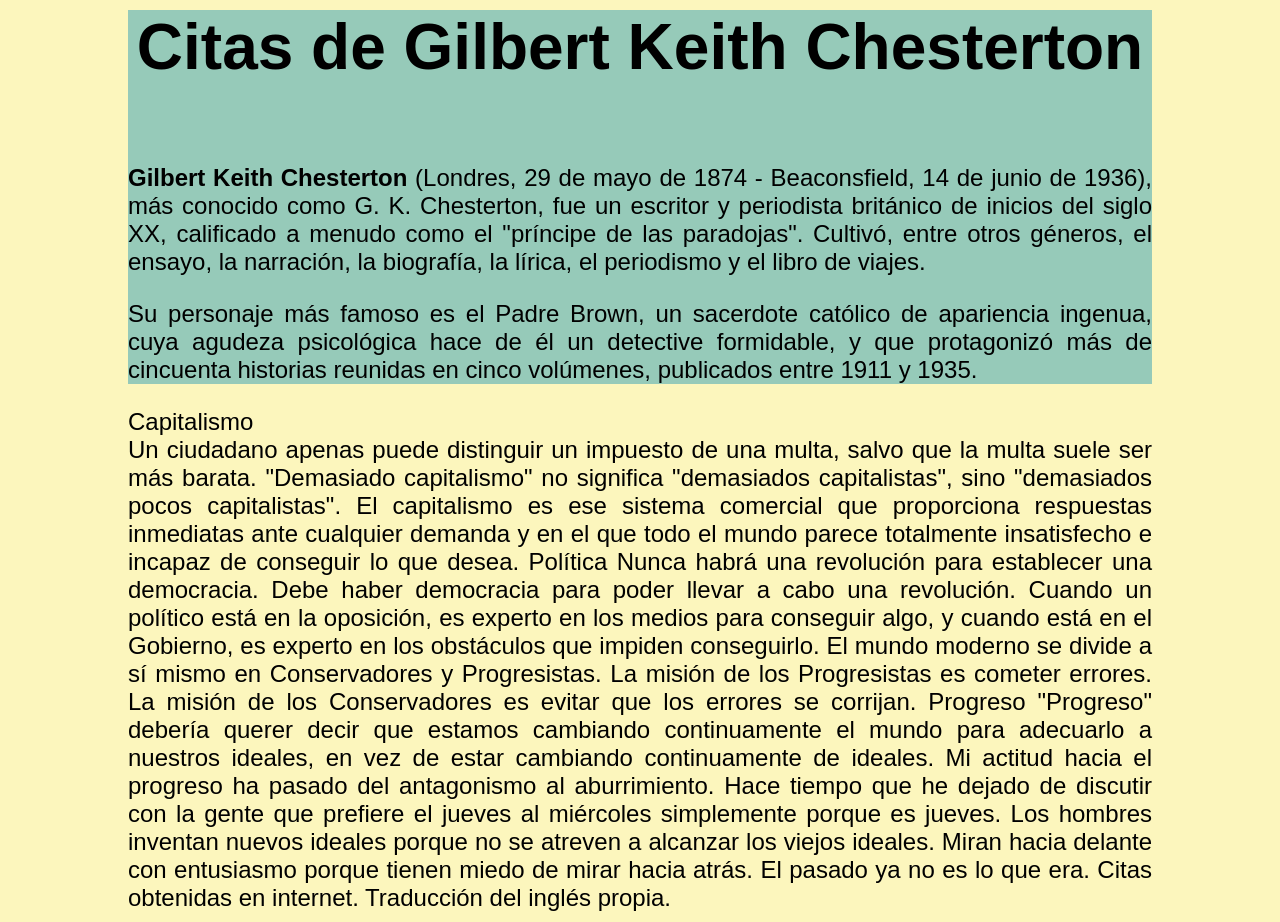
Repository: EmilyMachuca-Developer/Advanced-Programming-Projects
Page: index.html
An editor plug-in stored every save of this project. The page is shown before and after a run of saves, followed by the edit.
The browser window is 1280 px wide. The pictures show the whole page.

Above is the page before, as saved 2024-02-26 20:25:55.

After the next 3 saves:
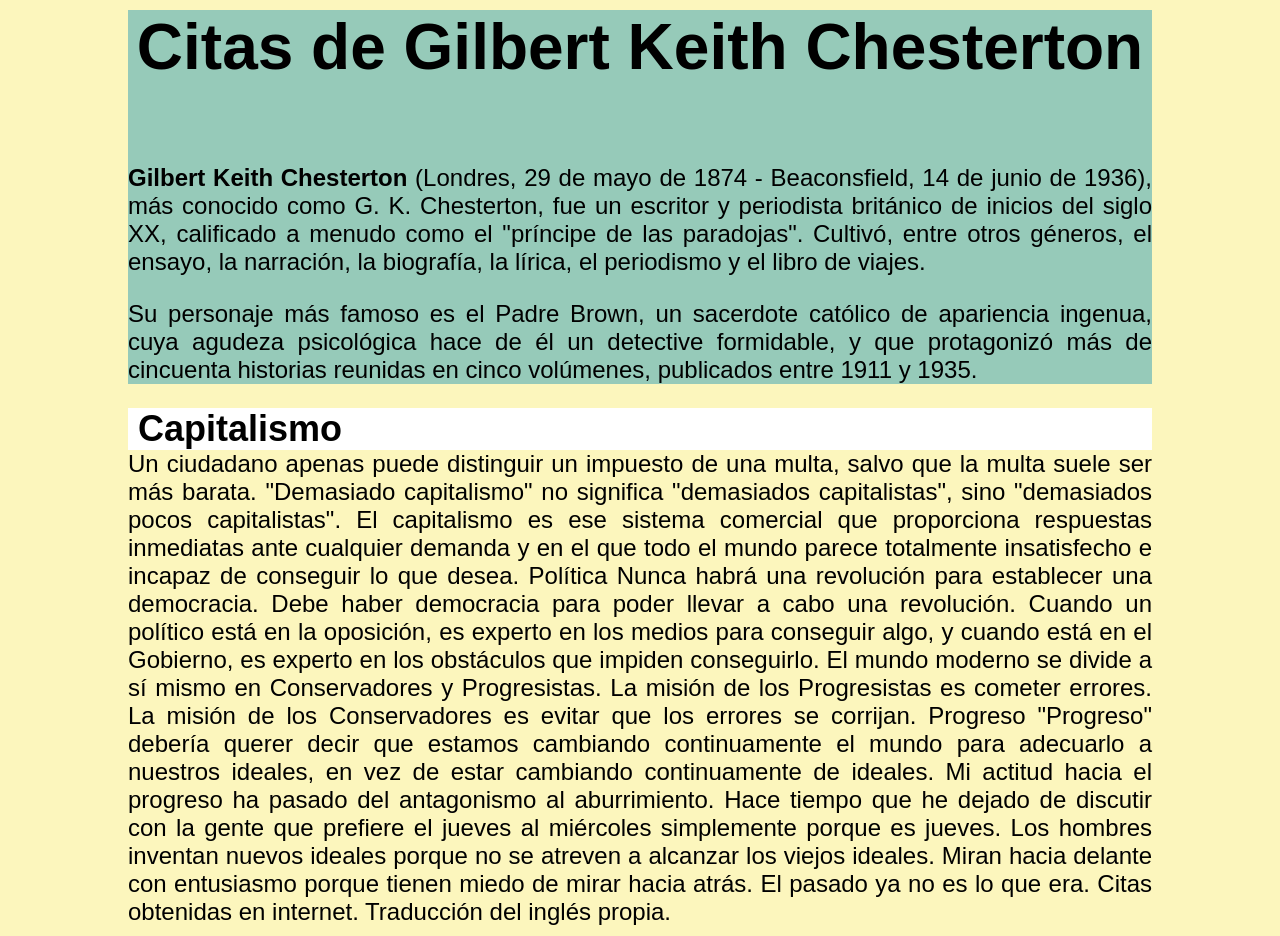
The 3 saves are shown as one change because they came seconds apart.
The last was saved 10 s later.
--- a/index.html
+++ b/index.html
@@ -12,7 +12,7 @@
         <p>Su personaje más famoso es el Padre Brown, un sacerdote católico de apariencia ingenua, cuya agudeza psicológica hace de él un detective formidable, y que protagonizó más de cincuenta historias reunidas en cinco volúmenes, publicados entre 1911 y 1935.</p>
     </div>
 
-<div>Capitalismo</div>
+<div><h2>Capitalismo</h2></div>
 
 
 Un ciudadano apenas puede distinguir un impuesto de una multa, salvo que la multa suele ser más barata.
